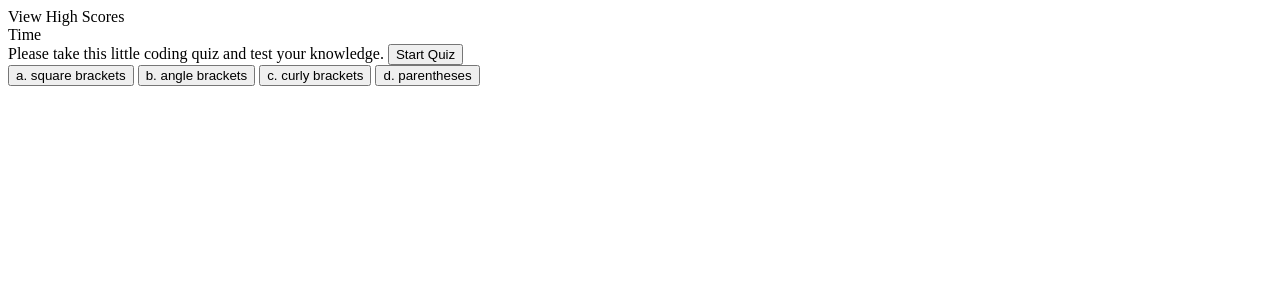
Repository: Naomilounsbury/code-quiz
Page: index.html
An editor plug-in stored every save of this project. The page is shown before and after the next save, followed by the edit.
The browser window is 1280 px wide. The pictures show the whole page.

Above is the page before, as saved 2021-11-27 11:14:09.

### index.html
<!DOCTYPE html>
<html lang="en">
<head>
    <meta charset="UTF-8">
    <meta http-equiv="X-UA-Compatible" content="IE=edge">
    <meta name="viewport" content="width=device-width, initial-scale=1.0">
    <title>Document</title>
</head>
<body>
    <!-- basic words on the page, how do i get stuff inline? -->
 <div>
     View High Scores
 </div>
 <!-- oh god I have to actually figure out how to do a timer -->
 <div class=d-inline>
     Time
 </div>
<!-- I then created a div element to introduce, maybe I'll add more to it later -->
 <div>

     Please take this little coding quiz and test your knowledge.
     <!-- I connected the button to the javascrpt woohoo -->
     <button onclick="onStartQuiz()">
         Start Quiz
     </button>
 </div>
 <!-- here is the quiz -->
 <form id="questions-form">
 <div id="question" class="question" >

     <button value="a">
         a. square brackets
     </button>
     <button value="b">
         b. angle brackets
     </button>
     <button value="c">
        c. curly brackets
     </button>
     <button value="d">
         d. parentheses
     </button>

 </div>
</form>
<script src="./assets/js/script.js"></script>
</body>
</html>

### assets/js/script.js
//I want to create an onclick function eventually
//so I'm creating my function
var onStartQuiz = function(){
    //when the quiz starts it grabs the first object in the array
    var currentQuestion = questions[0];
    //its going into the html and taking the div clas question and setting the value equal to the current question
    document.getElementById("question").innerText = currentQuestion.question


   console.log("hello")
}
//making an array of questions
var questions = [
    {
        //right now the key question is a string
        question: "To create an array, what kid of brackets are used?",
        answer: "a",
        a: "square brackets",
        b: "angle brackets",
        c: "curly brackets",
        d: "parentheses",
        //an array holds a list of items and since each question is an object we need a fucking comma
    },
    {
        question: "how do you create a branch with github?",
        answer: "b",
        a: "git push",
        b: "git branch",
        c: "git checkout",
        d: "git commit",
    },
    {
        question: "To create an array, what kid of brackets are used?",
        answer: "a",
        a: "square brackets",
        b: "angle brackets",
        c: "curly brackets",
        d: "parentheses",

    }
]

After the next save:
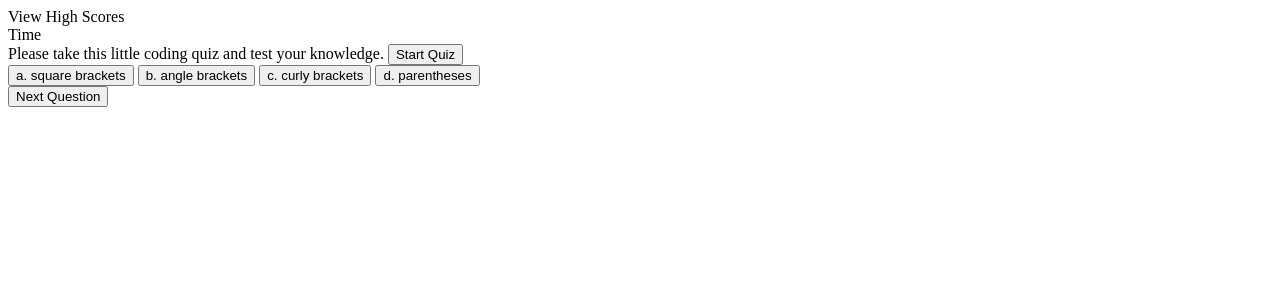
Saved 10 min 33 s later.
--- a/index.html
+++ b/index.html
@@ -28,20 +28,24 @@
  <form id="questions-form">
  <div id="question" class="question" >
 
-     <button value="a">
+     <button id="a">
          a. square brackets
      </button>
-     <button value="b">
+     <button id="b">
          b. angle brackets
      </button>
-     <button value="c">
+     <button id="c">
         c. curly brackets
      </button>
-     <button value="d">
+     <button id="d">
          d. parentheses
      </button>
 
+
  </div>
+ <button onclick="nextQuestion">
+        Next Question
+</button>
 </form>
 <script src="./assets/js/script.js"></script>
 </body>
